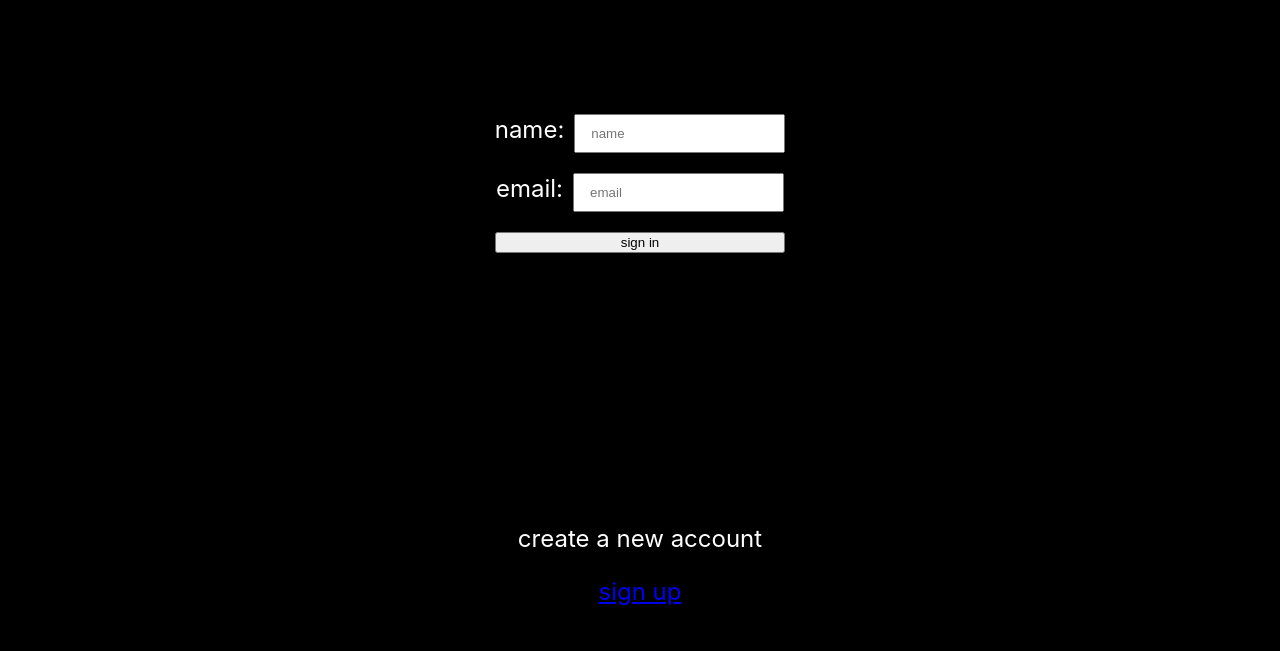
Repository: romAtam/5778
Page: /signin
These files come from the project's save history. The page is drawn as it stood at one moment and after the next save; the edit follows.
The browser window is 1280 px wide. The pictures show the whole page.
The project was rebuilt for these pictures with package versions that can differ from the ones it lists, and the page was loaded fresh each time. Also part of the build but not shown: src/Pages/Home.js, src/Pages/Game.js, src/Pages/Web.js, src/Pages/Team.js, src/Pages/User.js, src/Pages/Register.js.

Above is the page before, as saved 2021-12-11 22:24:12.

After the next save:
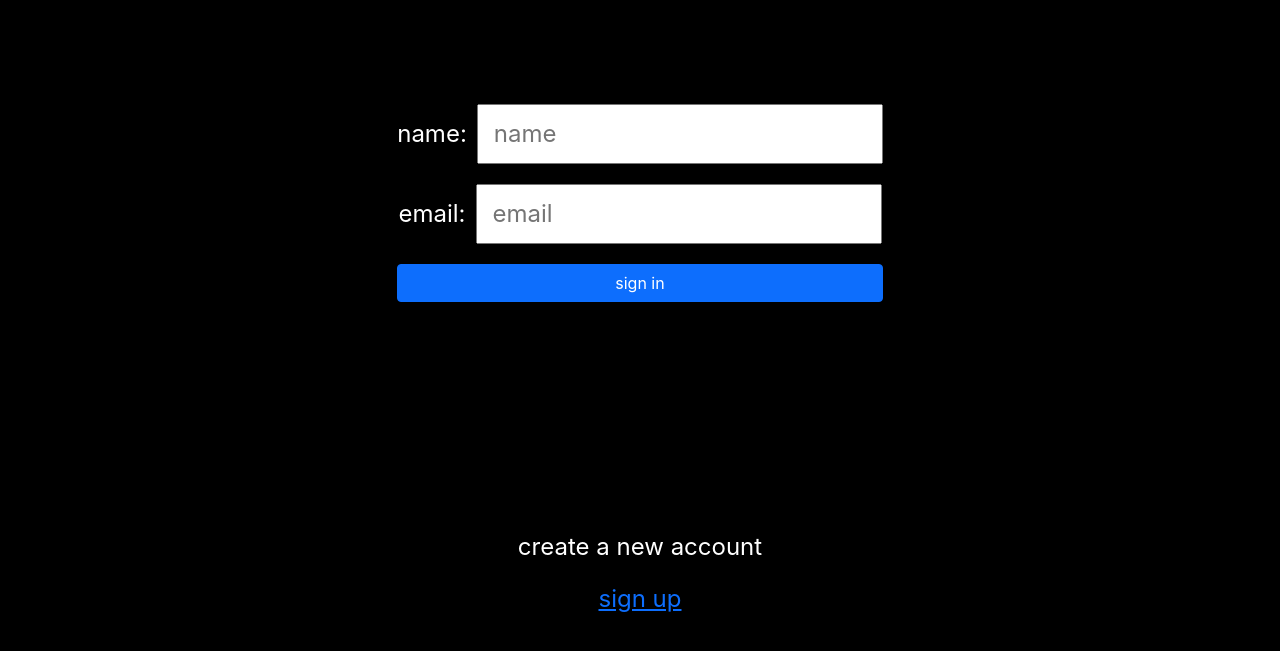
Saved 6 min 47 s later.
--- a/public/index.html
+++ b/public/index.html
@@ -5,7 +5,7 @@
     <link rel="icon" href="%PUBLIC_URL%/favicon.ico" />
     <meta name="viewport" content="width=device-width, initial-scale=1" />
     <meta name="theme-color" content="#000000" />
-    <link rel="stylesheet" href="https://cdnjs.cloudflare.com/ajax/libs/bootstrap/4.6.1/js/bootstrap.min.js">
+    <link href="https://cdn.jsdelivr.net/npm/bootstrap@5.0.2/dist/css/bootstrap.min.css" rel="stylesheet" integrity="sha384-EVSTQN3/azprG1Anm3QDgpJLIm9Nao0Yz1ztcQTwFspd3yD65VohhpuuCOmLASjC" crossorigin="anonymous">
     <meta
       name="description"
       content="Web site created using create-react-app"
